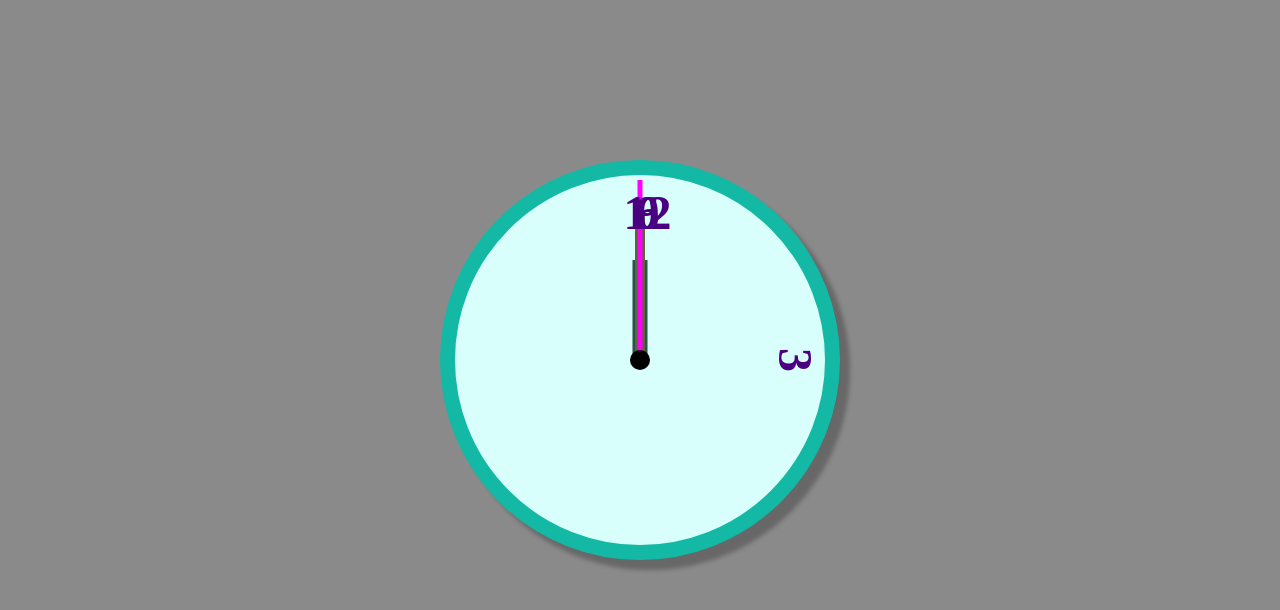
Repository: ChenWarren/web-clock
Page: index.html
An editor plug-in stored every save of this project. The page is shown before and after the next save, followed by the edit.
The browser window is 1280 px wide. The pictures show the whole page.

Above is the page before, as saved 2021-03-18 21:21:14.

After the next save:
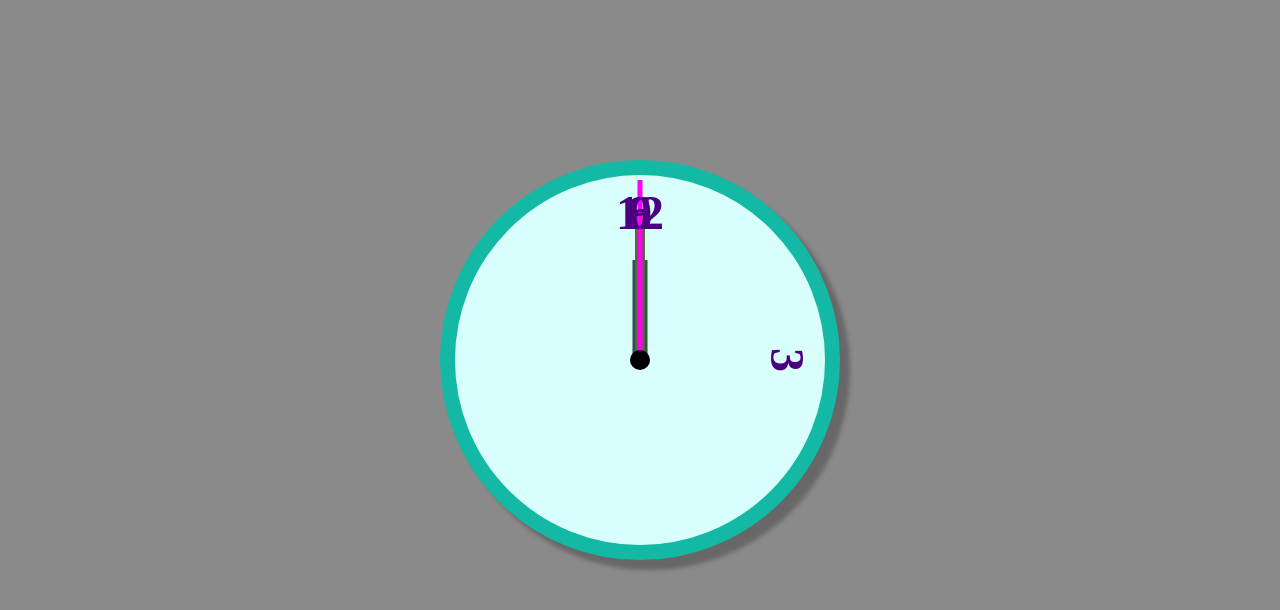
Saved 4 s later.
--- a/main.css
+++ b/main.css
@@ -69,7 +69,7 @@ body {
 .number {
     display: flex;
     height: 370px;
-    width: 385px;
+    width: 370px;
     padding-top: 10px;
     justify-content: center;
     color: indigo;
